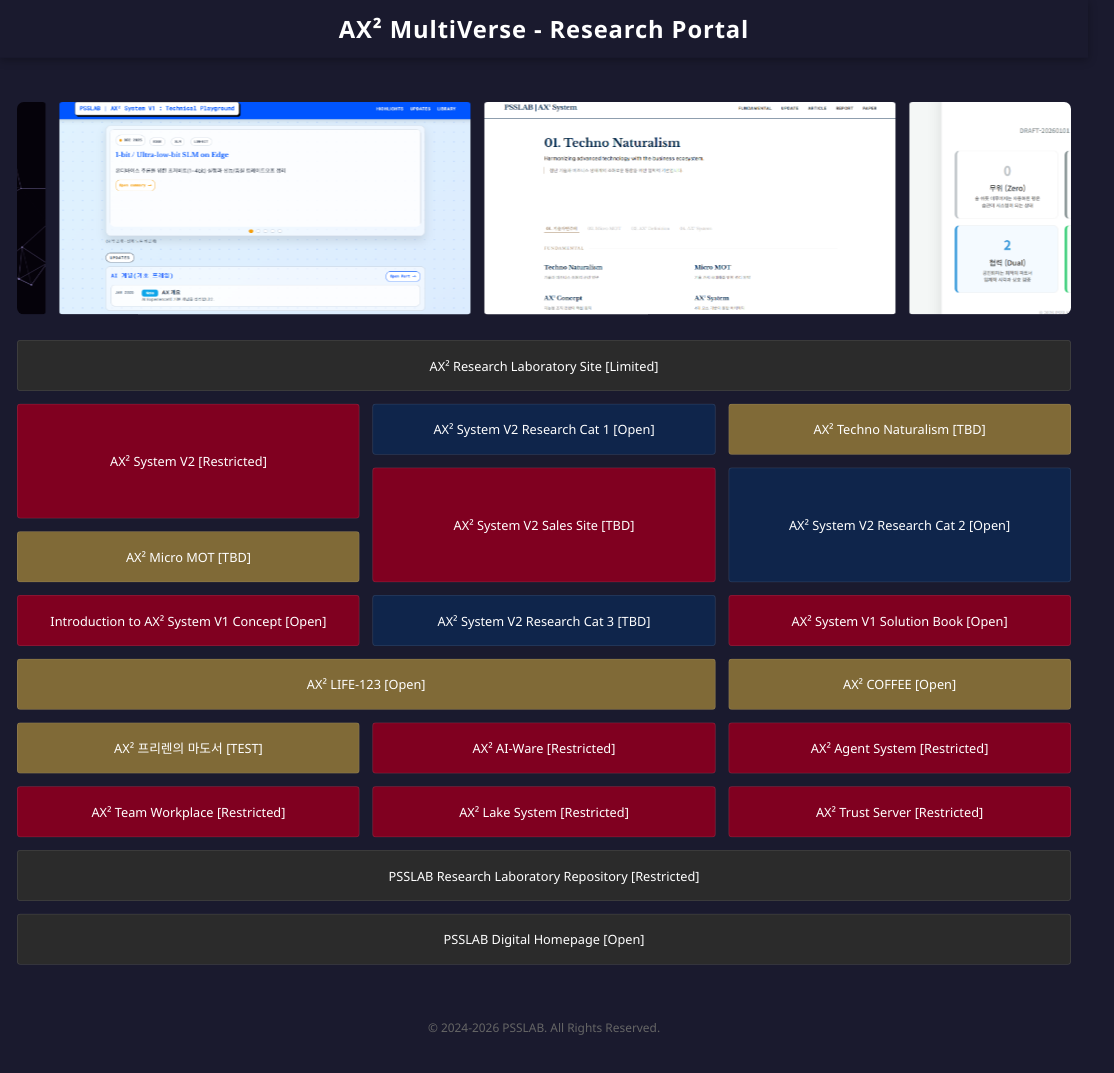
Repository: hycse89/PSSLAB_OpenSite
Page: psslab_multiverse_v3.html
An editor plug-in stored every save of this project. The page is shown before and after the next save, followed by the edit.
The browser window is 1280 px wide. The page is 1310 px wide, so the pictures cover 1310 px, including what lies to the right of the window. The pictures show the whole page, at 85% of full size.

Above is the page before, as saved 2026-01-11 21:55:18.

After the next save:
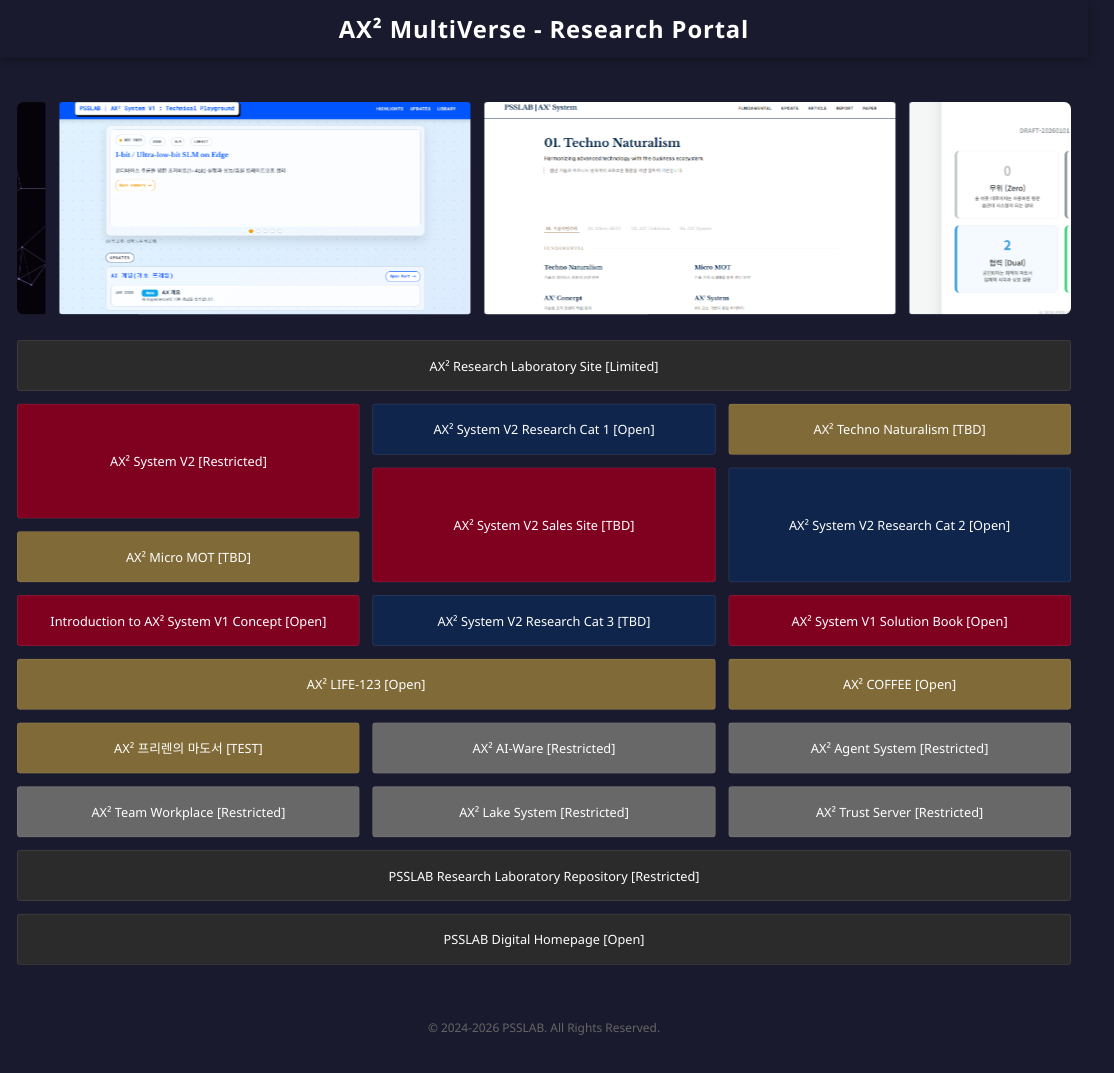
Saved 28 s later.
--- a/psslab_multiverse_v3.html
+++ b/psslab_multiverse_v3.html
@@ -203,11 +203,11 @@
             <a href="http://localhost:8001/ax_site/ax2_coffee/index.html" class="link-button color-3 h-1">AX² COFFEE [Open]</a>
             <a href="http://localhost:8001/ax_site/ax2_frieren/index.html" class="link-button color-3 h-1">AX² 프리렌의 마도서 [TEST]</a>
 
-            <a href="http://localhost:8002" class="link-button color-2 w-1 h-1">AX² AI-Ware [Restricted]</a>
-            <a href="http://localhost:8003" class="link-button color-2 w-1 h-1">AX² Agent System [Restricted]</a>
-            <a href="http://localhost:8007" class="link-button color-2 w-1 h-1">AX² Team Workplace [Restricted]</a>
-            <a href="http://localhost:8004" class="link-button color-2 w-1 h-1">AX² Lake System [Restricted]</a>
-            <a href="http://localhost:8005" class="link-button color-2 w-1 h-1">AX² Trust Server [Restricted]</a>
+            <a href="http://localhost:8002" class="link-button color-5 w-1 h-1">AX² AI-Ware [Restricted]</a>
+            <a href="http://localhost:8003" class="link-button color-5 w-1 h-1">AX² Agent System [Restricted]</a>
+            <a href="http://localhost:8007" class="link-button color-5 w-1 h-1">AX² Team Workplace [Restricted]</a>
+            <a href="http://localhost:8004" class="link-button color-5 w-1 h-1">AX² Lake System [Restricted]</a>
+            <a href="http://localhost:8005" class="link-button color-5 w-1 h-1">AX² Trust Server [Restricted]</a>
 
             <a href="https://github.com/hycse89" class="link-button color-4 w-3 h-1">PSSLAB Research Laboratory Repository [Restricted]</a>
             <a href="http://www.psslab.co.kr" class="link-button color-4 w-3 h-1">PSSLAB Digital Homepage [Open]</a>
